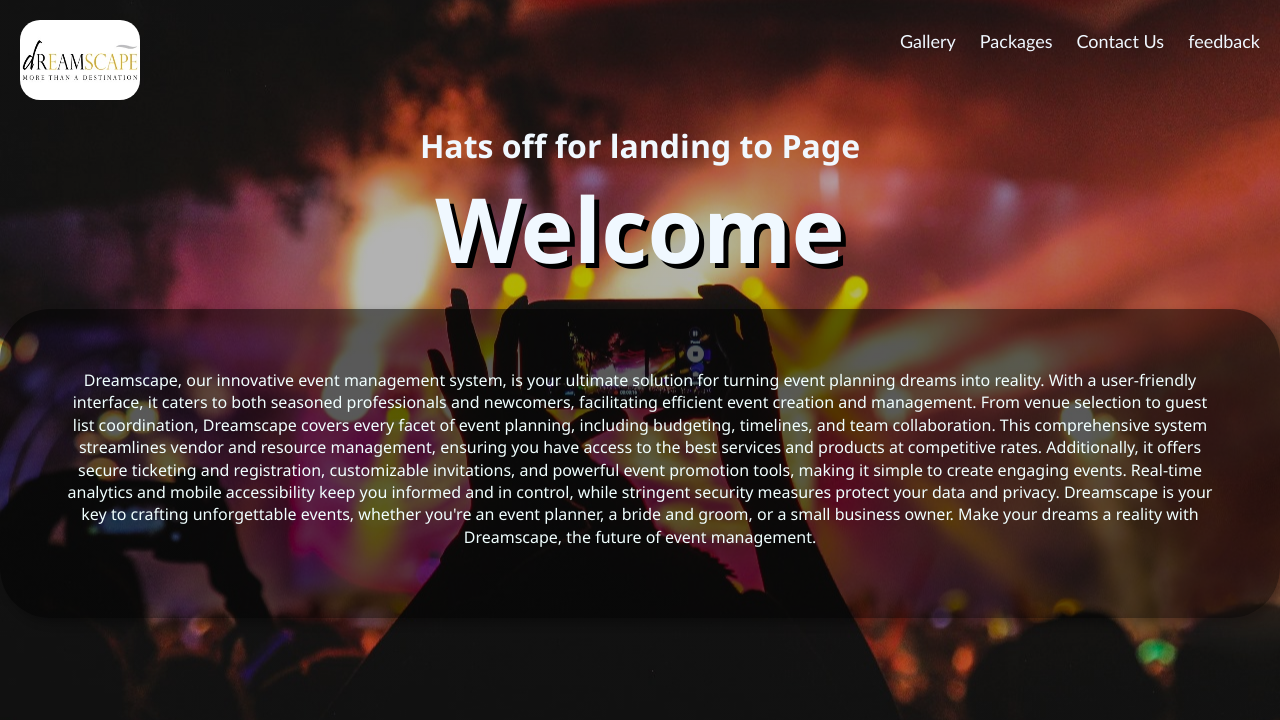
Repository: Dulankayapa/2ndyearoopprojrct
Page: http://localhost/feedback/home.jsp
An editor plug-in stored every save of this project. The page is shown before and after the next save, followed by the edit.
The browser window is 1280 px wide. The pictures show the whole page.
The page is served by Tomcat 9.

Above is the page before, as saved 2023-10-23 13:02:36.

After the next save:
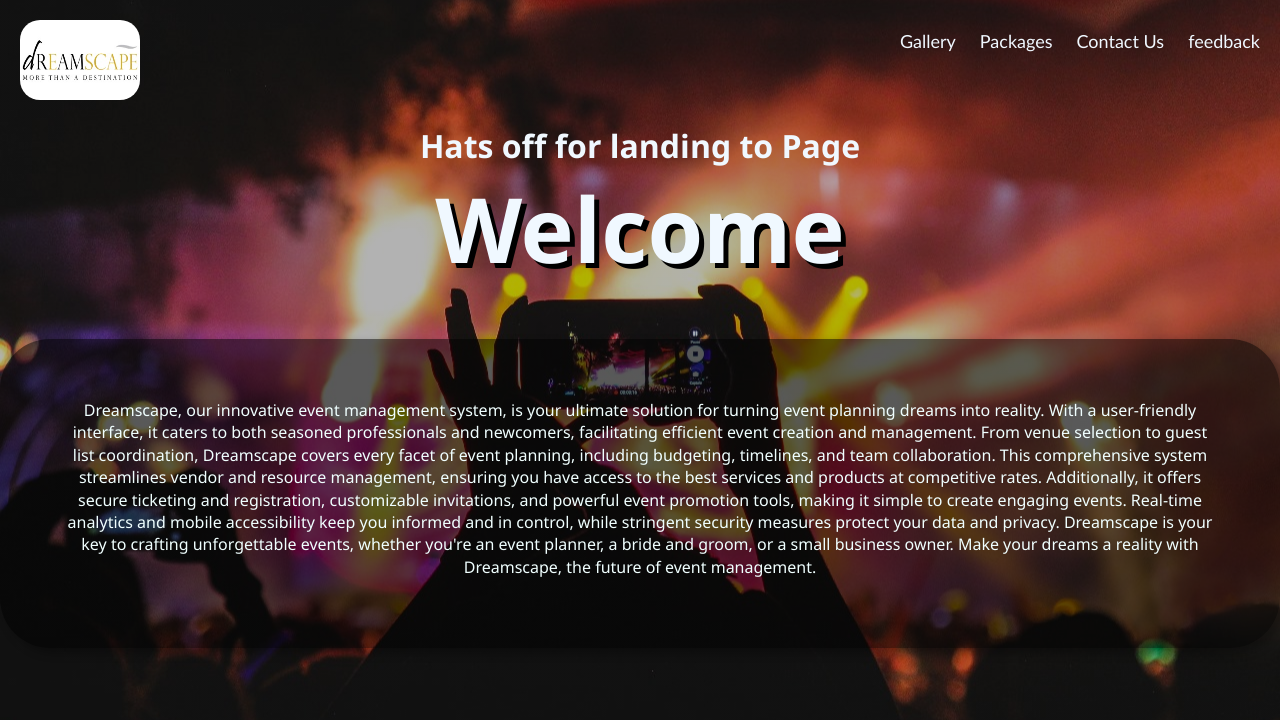
Saved 17 s later.
--- a/feedback/src/main/webapp/home.jsp
+++ b/feedback/src/main/webapp/home.jsp
@@ -108,7 +108,7 @@ p {
 	border-radius: 50px;
 	box-shadow: 5px 5px 10px rgba(0, 0, 0, 0.3);
 	text-align: justify;
-	margin-top:20px;
+	margin-top:50px;
 }
 </style>
 </head>
